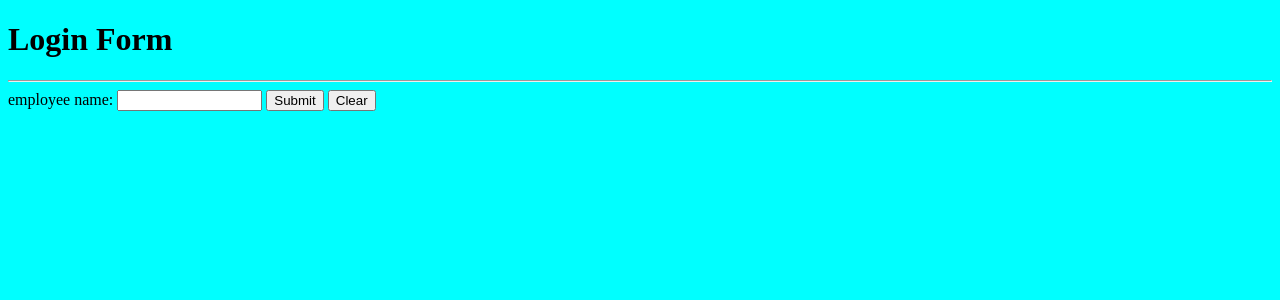
Repository: laikrish/day10
Page: EmployeeDetails/WebContent/employee.html
An editor plug-in stored every save of this project. The page is shown before and after the next save, followed by the edit.
The browser window is 1280 px wide. The pictures show the whole page.

Above is the page before, as saved 2018-09-06 05:28:00.

After the next save:
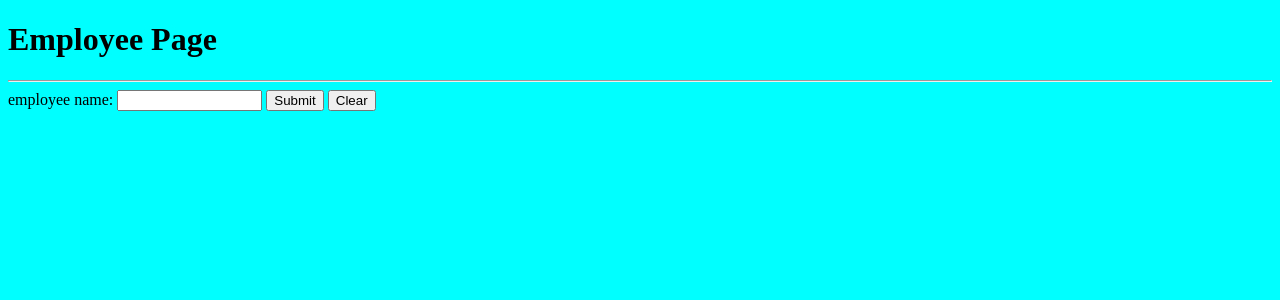
Saved 62 s later.
--- a/EmployeeDetails/WebContent/employee.html
+++ b/EmployeeDetails/WebContent/employee.html
@@ -5,7 +5,7 @@
 <title>home page</title>
 </head>
 <body bgcolor="cyan">
-<h1> Login Form</h1>
+<h1> Employee Page</h1>
 <hr>
 <form action="enter employee name" method="post">
 <label> employee name: </label>
